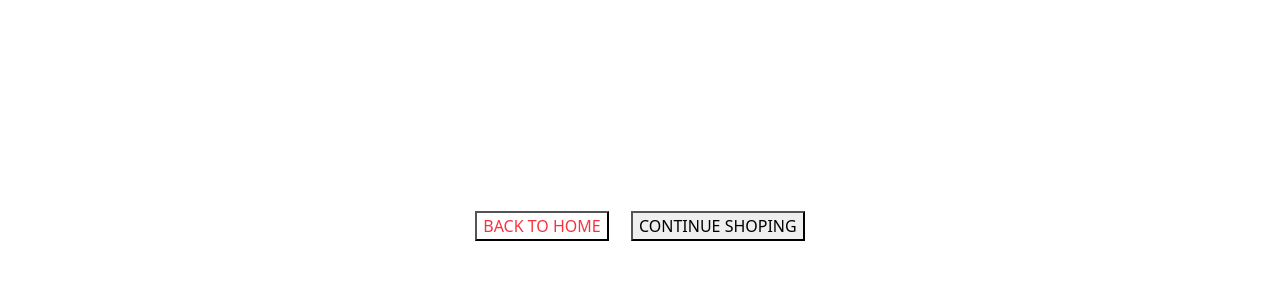
Repository: ST-United-Internship/Modaz-4life
Page: comingsoon&FAQ/commingsoon.html
These files come from the project's save history. The page is drawn as it stood at one moment and after the next save; the edit follows.
The browser window is 1280 px wide. The pictures show the whole page.

Above is the page before, as saved 2023-03-22 16:51:17.

### comingsoon&FAQ/commingsoon.html
<!DOCTYPE html>
<!--[if IE 8 ]><html class="ie" xmlns="http://www.w3.org/1999/xhtml" xml:lang="en-US" lang="en-US"> <![endif]-->
<!--[if (gte IE 9)|!(IE)]><!--><html xmlns="http://www.w3.org/1999/xhtml" xml:lang="en-US" lang="en-US"><!--<![endif]-->
<head>
    <!-- Basic Page Needs -->
    <meta charset="utf-8">
    <!--[if IE]><meta http-equiv='X-UA-Compatible' content='IE=edge,chrome=1'><![endif]-->
    <title>Modaz HTML Template</title>

    <meta name="author" content="themesflat.com">

    <!-- Mobile Specific Metas -->
    <meta name="viewport" content="width=device-width, initial-scale=1, maximum-scale=1">
        <link rel="stylesheet" href="css/test.css">
        <link href="https://cdn.jsdelivr.net/npm/bootstrap@5.3.0-alpha1/dist/css/bootstrap.min.css" rel="stylesheet" integrity="sha384-GLhlTQ8iRABdZLl6O3oVMWSktQOp6b7In1Zl3/Jr59b6EGGoI1aFkw7cmDA6j6gD" crossorigin="anonymous">
</head>
<body class="bodu">


    <!-- Boxed -->
    <div class="boxed">
    	<section class="flat-row flat-coming-soon parallax parallax2">
    		<div class="overlay"></div>
            <div class="container">
                <div class="row">
                    <div class="col-md-12">
                        <div class="wrap-coming-soon text-center">
                        	<div class="header-coming-soon">
                        		<h2 class="sup-title">New Collection</h2>
                        		<div class="title">Coming Soon</div>
                        	</div>
                        	<div class="wrap-countdown">
                        		<div class="countdown"></div>
                        	</div>
                        	<div class="button flat-button">
								<button type="button" class="bg-white">BACK TO HOME</button>
								<button type="button">CONTINUE SHOPING</button>
							</div>
                        </div><!-- /.wrap-coming-soon -->
                    </div><!-- /.col-md-12 -->
                </div><!-- /.row -->
            </div><!-- /.container -->
        </section><!-- /.flat-row -->
    </div>


</body>
</html>

### comingsoon&FAQ/css/test.css

@import "https://fonts.googleapis.com/css?family=Poppins:100,100i,200,200i,300,300i,400,500,600,700|";
@font-face {
    font-family: 'Poppins';
    font-style: italic;
    font-weight: 100;
    src: url(https://fonts.gstatic.com/s/poppins/v20/pxiAyp8kv8JHgFVrJJLmE0tMMPKzSQ.woff2) format('woff2');
}


.bodu{

}


.wrap-coming-soon {
    color: #fff
}

.wrap-coming-soon .header-coming-soon {
    margin-bottom: 42px
}

.wrap-coming-soon .header-coming-soon h2.sup-title {
    line-height: 58px;
    color: #fff
}

.wrap-coming-soon .header-coming-soon .title {
    font-size: 72px;
    line-height: 90px;
    font-weight: 500
}

.wrap-countdown {
    margin-bottom: 55px
}

.countdown .square {
    display: inline-block
}

.countdown .square .numb {
    font-size: 48px;
    line-height: 90px;
    font-weight: 500;
    color: #333;
    width: 90px;
    height: 90px;
    background: rgba(255,255,255,.9);
    text-align: center;
    margin: 0 35px 18px
}

.countdown .square .text {
    font-size: 18px;
    line-height: 30px;
    font-weight: 500
}

.countdown.style-1 .square .numb {
    color: #f63440;
    margin: 0 15px 8px
}

.countdown.style-1 .square .text {
    text-transform: uppercase
}

.flat-button button {
    margin: 0 9px
}

.flat-button button.bg-white {
    background: #fff;
    color: #f63440
}

.flat-button button.bg-white:hover {
    color: #fff
}

.themesflat-button {
    display: inline-block;
    text-align: center;
    font-weight: 700;
    text-transform: uppercase;
    line-height: 43px
}

.themesflat-button.bg-accent {
    background-color: #f63440;
    color: #fff;
    line-height: 47px;
    padding: 0 47px
}

.themesflat-button.has-shadow {
    box-shadow: 0 5px 19px 1px rgba(36,11,12,.15)
}

.themesflat-button.bg-accent:hover {
    background-color: #333
}

.themesflat-button.bg-white {
    font-size: 15px;
    font-weight: 500;
    background-color: #fff
}

.themesflat-button.width-150 {
    width: 150px
}

.themesflat-button.has-padding-36 {
    padding: 0 36px
}

.themesflat-button.has-padding-41 {
    padding: 0 41px!important
}

.themesflat-button.has-padding-43 {
    padding: 0 43px!important
}

.themesflat-button.outline {
    background-color: transparent;
    border: 1px solid transparent;
    padding: 0 33px
}

.themesflat-button.outline.ol-accent {
    border-color: #f63440;
    color: #f63440
}

.themesflat-button.bg-transparent {
    background-color: transparent;
    color: #333;
    text-transform: none
}

.themesflat-button:hover {
    background-color: #f63440;
    color: #fff
}

.themesflat-button.outline.ol-accent:hover {
    background-color: #f63440;
    color: #fff
}

.themesflat-button.bg-transparent:hover {
    color: #f63440;
    background-color: transparent
}

After the next save:
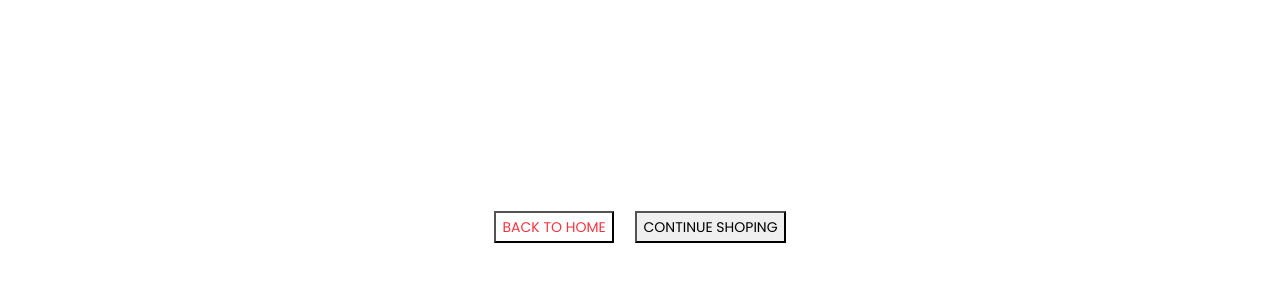
Saved 5 s later.
--- a/comingsoon&FAQ/css/test.css
+++ b/comingsoon&FAQ/css/test.css
@@ -9,7 +9,10 @@
 
 
 .bodu{
-
+    font: 14px/26px "Poppins",sans-serif;
+    font-weight: 300;
+    background-color: #fff;
+    color: #6e6e6e;
 }
 
 
